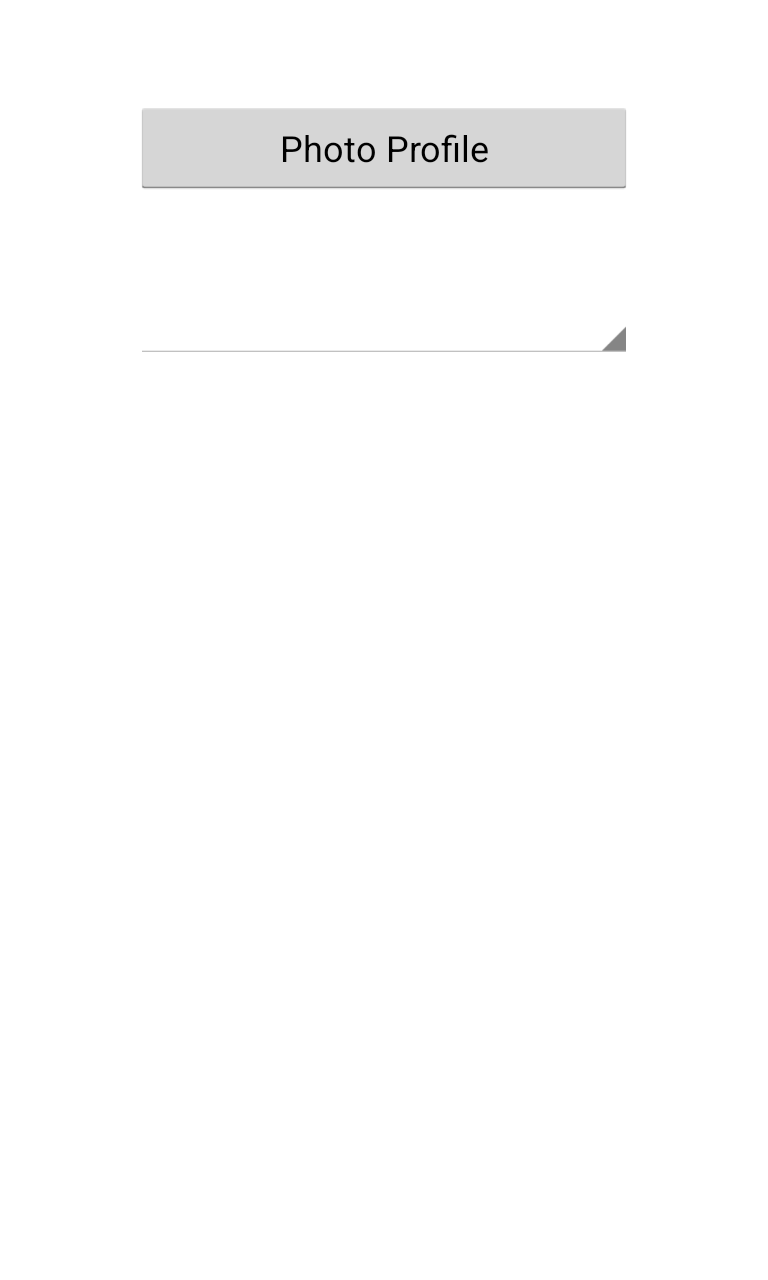
Repository: elvispap/The_Voice_of_People_Android_app
Layout: Voice of People/res/layout/profile_settings.xml
The author's editor kept a copy of each file at every save. The layout is drawn from the files as they stood at one save, then again after the next save.
It is drawn on a 768 x 1280 px phone screen (xhdpi) without system bars, with theme AppTheme; the app's code is not run.

Above is the layout before, as saved 2014-01-05 20:24:26.

After the next save:
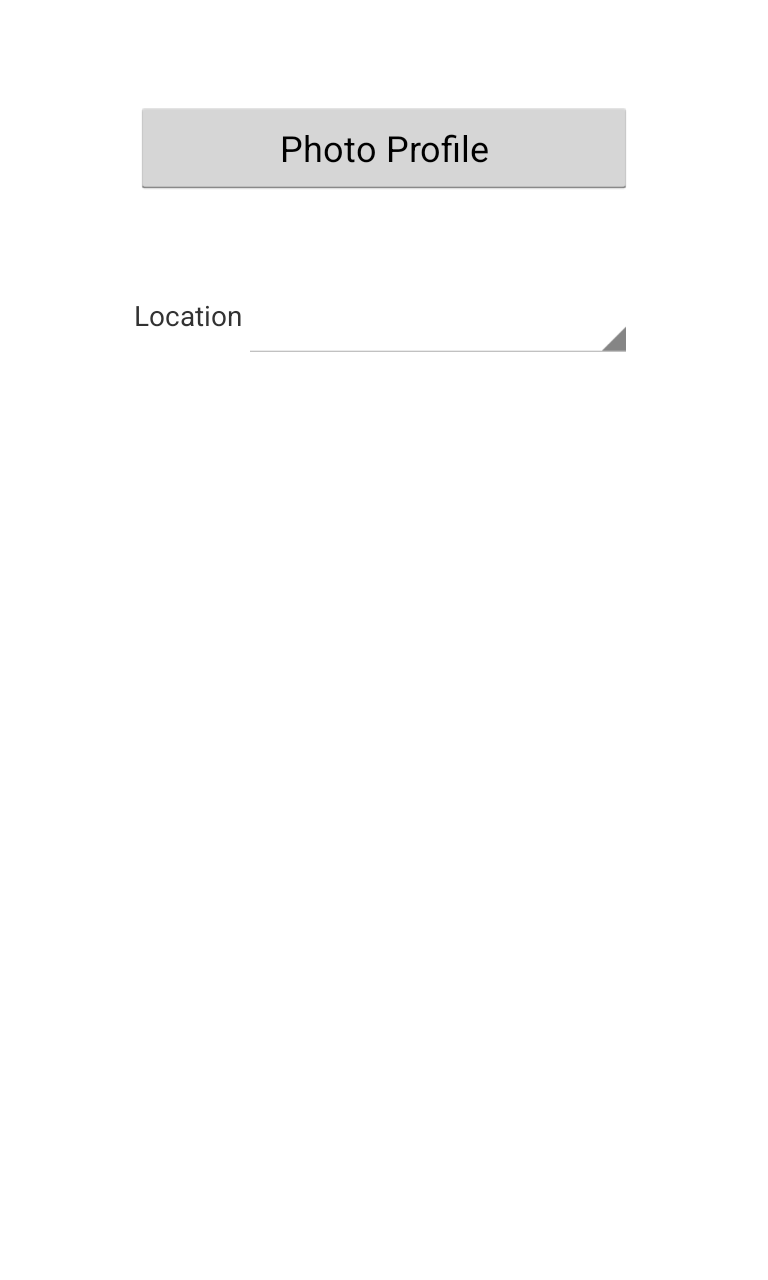
Saved 2 min 16 s later.
--- a/Voice of People/res/layout/profile_settings.xml
+++ b/Voice of People/res/layout/profile_settings.xml
@@ -23,11 +23,18 @@
 	    android:orientation="horizontal"
 	    android:layout_gravity="center_horizontal"
 	    android:layout_marginTop="50dp">
-			    <Spinner
-			        android:id="@+id/location"
-			        android:layout_width="match_parent"
-			        android:layout_height="wrap_content"
-			    />
+
+        <TextView
+            android:id="@+id/textView1"
+            android:layout_width="wrap_content"
+            android:layout_height="wrap_content"
+            android:text="Location" />
+
+		    <Spinner
+		        android:id="@+id/location"
+		        android:layout_width="match_parent"
+		        android:layout_height="wrap_content"
+		    />
     </LinearLayout>
 
 </LinearLayout>
